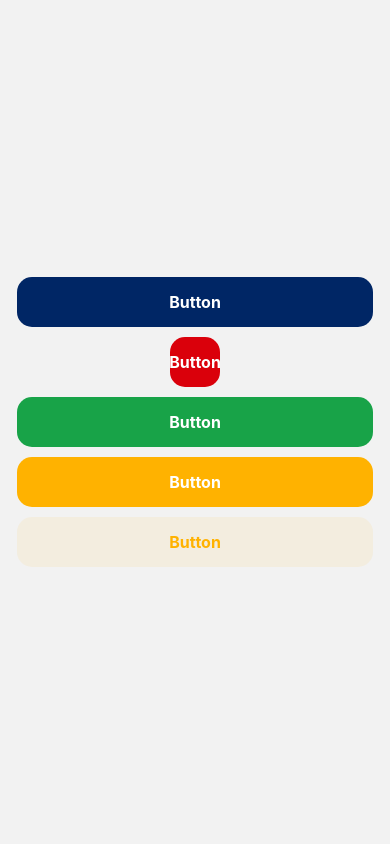
Repository: hungdomanh95/setuptheme
Screen: /
An editor plug-in stored every save of this project. The screen is shown before and after the next save, followed by the edit.
The app was drawn by React Native's web renderer in a window 390 px wide. The project was rebuilt for these pictures with package versions that can differ from the ones it lists, and the page was loaded fresh each time. Also part of the build but not shown: src/components/Fade/index.js, src/components/Slide/index.js.

Above is the screen before, as saved 2022-05-17 11:29:50.

### App.js
import {View, Text} from 'react-native';
import React from 'react';
import RootNavigation from './src/navigation/rootNavigation';

const App = () => {
  return <RootNavigation />;
};

export default App;

### src/navigation/rootNavigation.js
import React from 'react'
import {NavigationContainer} from '@react-navigation/native';
import {createNativeStackNavigator} from '@react-navigation/native-stack';
import {
  HomeScreen,
} from '../screens';
import { SafeAreaProvider } from 'react-native-safe-area-context';

const Stack = createNativeStackNavigator();
const RootNavigation = () => {
  const screenOptions = {
    headerTransparent: true,
    headerShown: false,
  };
  const stackOption = {
    headerShown: true,
    headerBackTitle: '',
    headerTitle: '',
  };
  return (
    <SafeAreaProvider>
      <NavigationContainer>
        <Stack.Navigator screenOptions={screenOptions}>
          <Stack.Screen name="HomeScreen" component={HomeScreen} />
        </Stack.Navigator>
      </NavigationContainer>
    </SafeAreaProvider>
  );
};

export default RootNavigation;

### src/screens/index.js
import HomeScreen from './HomeScreen';
export {HomeScreen};

### src/screens/HomeScreen/index.js
import {View, Text, StyleSheet} from 'react-native';
import React from 'react';
import {COLOR, shadows} from '../../theme';
import {RNButton} from '../../components';

const HomeScreen = () => {
  return (
    <View style={styles.container}>
      <RNButton text="Button" type={'primary'} size={'fullsize'} />
      <RNButton text="Button" type={'danger'} size = {50} />
      <RNButton text="Button" type={'success'} />
      <RNButton text="Button" type={'warning'} />
      <RNButton text="Button" color={COLOR.neural8} colorText={COLOR.neural} />
    </View>
  );
};

export default HomeScreen;
const styles = StyleSheet.create({
  container: {
    flex: 1,
    justifyContent: 'center',
    alignItems: 'center',
  },
});

### src/theme/index.js
import {StyleSheet, Dimensions} from 'react-native';
const {width, height} = Dimensions.get('window');
const width_design = 375;
export const SIZE = {
  width,
  height,
  spacing: 16,
  icon: 24,
  btn1: (width * 343) / width_design,
  btn2: (width * 196) / width_design,
  btn3: (width * 160) / width_design,
};
export const COLOR = {
  primary: '#002665',
  primary80: "rgba(0, 38, 101, 0.8)",
  primary60: "rgba(0, 38, 101, 0.6)",
  primary40: "rgba(0, 38, 101, 0.4)",
  primary24: "rgba(0, 38, 101, 0.24)",
  primary16: "rgba(0, 38, 101, 0.16)",
  primary8: "rgba(0, 38, 101, 0.08)",
  primary4: "rgba(0, 38, 101, 0.04)",
  secondary: '#2567F9',
  secondary50: '#0077FF',
  secondary40: 'rgba(0, 119, 255, 0.4)',
  secondary24: 'rgba(0, 119, 255, 0.24)',
  secondary16: 'rgba(0, 119, 255, 0.16)',
  secondary8: 'rgba(0, 119, 255, 0.08)',
  white: '#FFFFFF',
  white64: 'rgba(255,255,255,0.64)',
  white40: 'rgba(255,255,255,0.4)',
  white24: 'rgba(255,255,255,0.24)',
  white16: 'rgba(255,255,255,0.16)',
  white8: 'rgba(255,255,255,0.08)',
  white4: 'rgba(255,255,255,0.04)',
  yellow: '#FDBE01',
  yellow80: 'rgba(253, 190, 1, 0.8)',
  yellow40: 'rgba(253, 190, 1, 0.4)',
  yellow16: 'rgba(253, 190, 1, 0.16)',
  red: '#DA000B',
  red80: 'rgba(227, 38, 46, 0.8)',
  red40: 'rgba(227, 38, 46, 0.4)',
  red16: 'rgba(227, 38, 46, 0.16)',
  gray: '#6D7E92',
  gray40: '#7689A2',
  gray24: '#B3BDCB',
  gray16: '#DADFE6',
  gray8: '#F9FAFD',
  green: '#18A348',
  green50: '#25C26E',
  green40: 'rgba(37, 194, 110, 0.4)',
  green24: 'rgba(37, 194, 110, 0.24)',
  neural: '#FFB200',
  neural80: 'rgba(255, 178, 0, 0.8)',
  neural40: 'rgba(255, 178, 0, 0.4)',
  neural24: 'rgba(255, 178, 0, 0.24)',
  neural16: 'rgba(255, 178, 0, 0.16)',
  neural8: 'rgba(255, 178, 0, 0.08)',
  orange: '#F44B02',
  orange80: 'rgba(244, 75, 2, 0.8)',
  orange40: 'rgba(244, 75, 2, 0.4)',
  orange8: '#FFECE3',
  infor: '#0289F4',
  infor80: 'rgba(2, 137, 244, 0.8)',
  infor40: 'rgba(2, 137, 244, 0.4)',
  infor10: 'rgba(2, 137, 244, 0.1)',
};
export const text = StyleSheet.create({
  h1: {
    fontSize: 22,
    lineHeight: 33,
  },
  h2: {
    fontSize: 20,
    lineHeight: 30,
  },
  h3: {
    fontSize: 18,
    lineHeight: 27,
  },
  fz16: {
    fontSize: 16,
    lineHeight: 24,
  },
  fz14: {
    fontSize: 14,
    lineHeight: 21,
  },
  fz12: {
    fontSize: 12,
    lineHeight: 18,
  },
  fz10: {
    fontSize: 10,
    lineHeight: 15,
  },
  bold: {
    fontWeight: '700',
  },
  medium: {
    fontWeight: '500',
  },
  regular: {
    fontWeight: '400',
  },
});
export const shadows = StyleSheet.create({
  sh: {
    backgroundColor: '#FFFFFF',
    shadowColor: 'rgba(0, 38, 101, 0.1)',
    shadowOffset: {
      width: 0,
      height: 2,
    },
    shadowOpacity: 2,
    shadowRadius: 5,
    elevation: 5,
  },
});

### src/components/index.js
import Fade from './Fade';
import Slide from './Slide';
import RNButton from './RNButton';
export {Fade, Slide, RNButton};

### src/components/RNButton/index.js
import {StyleSheet, Text, View} from 'react-native';
import React, {useEffect} from 'react';
import {COLOR, SIZE, text} from '../../theme';

const RNButton = props => {
  const {text, type, size} = props;

  const colorBTN = () => {
    let colorBtn;
    if (type === 'success') colorBtn = COLOR.green;
    else if (type === 'warning') colorBtn = COLOR.neural;
    else if (type === 'danger') colorBtn = COLOR.red;
    else if (type === 'primary') colorBtn = COLOR.primary;
    else if (props.color) colorBtn = props.color;
    return colorBtn;
  };
  const sizeBTN = () => {
    let sizeBtn = SIZE.btn1;
    if(size === "fullsize") sizeBtn = SIZE.btn1
    else if(size === "medium") sizeBtn = SIZE.btn2
    else if(size === "small") sizeBtn = SIZE.btn3
    else if(typeof size == 'number') sizeBtn = size
    console.log('isNaN(size): ', isNaN(undefined));
    console.log('size: ', size, sizeBtn);
    return sizeBtn;
  }
  const styles = styleWithProps(props, colorBTN(), sizeBTN());
  return (
    <View style={styles.container}>
      <Text style={styles.text}>{text}</Text>
    </View>
  );
};

const styleWithProps = (props, color, size) => {
  return StyleSheet.create({
    container: {
      width:size,
      height: 50,
      justifyContent: 'center',
      alignItems: 'center',
      backgroundColor: color,
      borderRadius: 15,
      marginVertical: 5,
    },
    text: {
      color: props.colorText || COLOR.white,
      ...text.fz16,
      ...text.bold,
    },
  });
};
export default RNButton;

After the next save:
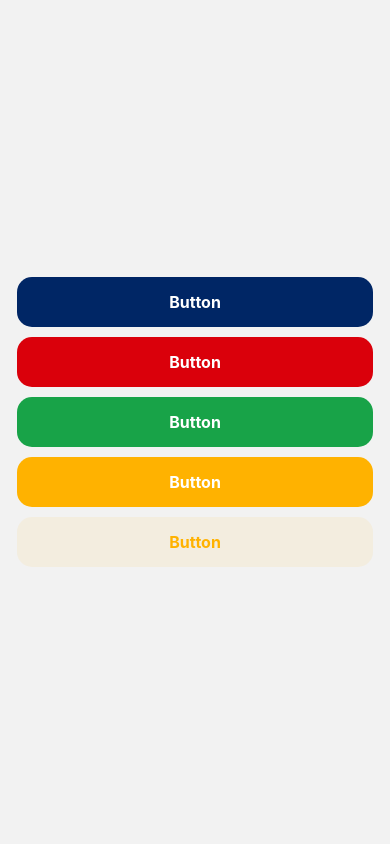
Saved 7 s later.
--- a/src/screens/HomeScreen/index.js
+++ b/src/screens/HomeScreen/index.js
@@ -7,7 +7,7 @@ const HomeScreen = () => {
   return (
     <View style={styles.container}>
       <RNButton text="Button" type={'primary'} size={'fullsize'} />
-      <RNButton text="Button" type={'danger'} size = {50} />
+      <RNButton text="Button" type={'danger'} />
       <RNButton text="Button" type={'success'} />
       <RNButton text="Button" type={'warning'} />
       <RNButton text="Button" color={COLOR.neural8} colorText={COLOR.neural} />
